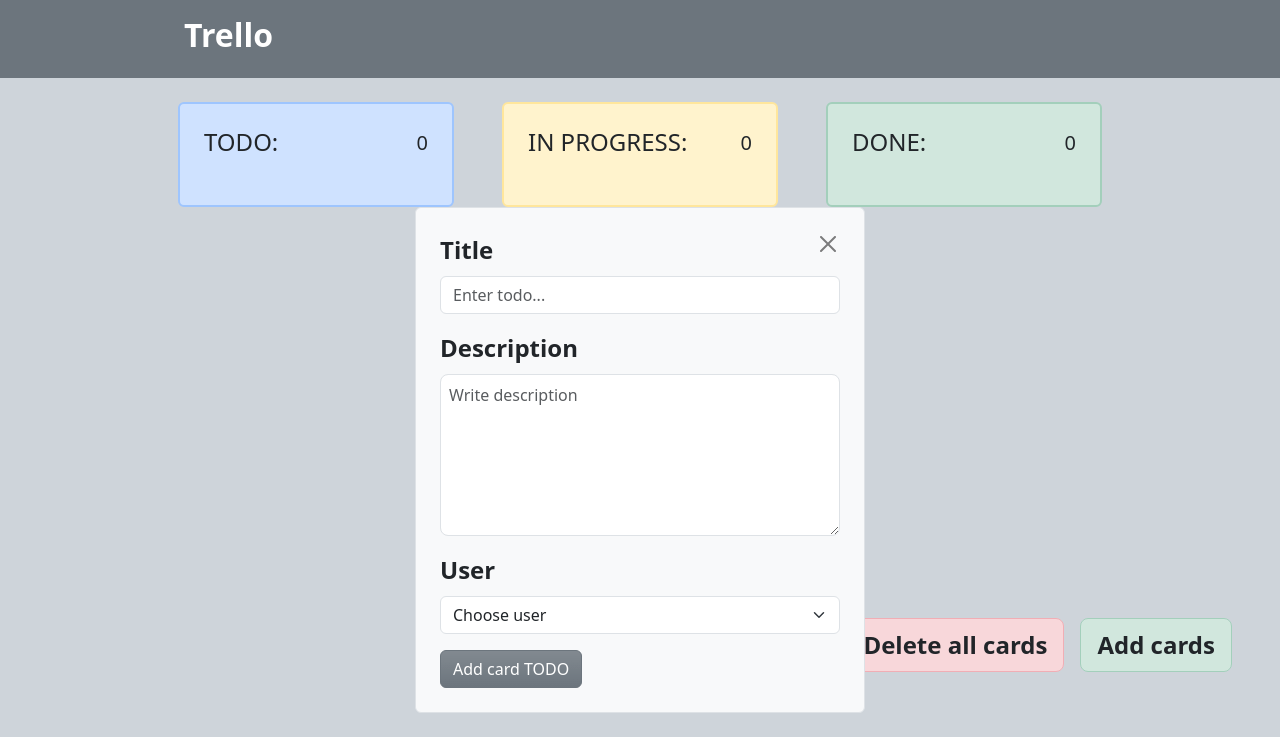
Repository: Valeria154/trello-app-clone
Page: / (app in trello-app-project/)
These files come from the project's save history. The page is drawn as it stood at one moment and after the next save; the edit follows.
The browser window is 1280 px wide. The pictures show the whole page.
The project was rebuilt for these pictures with package versions that can differ from the ones it lists, and the page was loaded fresh each time. Also part of the build but not shown: trello-app-project/vite.config.js.

Above is the page before, as saved 2025-03-15 20:02:11.
Console error: ReferenceError: showClock is not defined

### trello-app-project/src/index.html
<!doctype html>
<html lang="en">

<head>
	<meta charset="UTF-8" />
	<meta name="viewport" content="width=device-width, initial-scale=1.0" />
	<title>Trello</title>
	<script type="module" src="./main.js"></script>
</head>

<body class="bg-dark-subtle">
	<header class="bg-secondary p-3">
		<div class="container d-flex justify-content-between align-items-center mx-autox w-75">
			<h1 class="fs-2 fw-bold text-white">Trello</h1>
			<div class="fs-5 fw-semibold text-white" id="clock"></div>
		</div>
	</header>
	<main class="p-4">
		<div class="container text-center w-75">
			<div class="row align-items-start mb-6 gap-5">
				<!-- TODO -->
				<div class="col border border-primary-subtle border-2 rounded-2 text-dark p-4 bg-primary-subtle">
					<div class="d-flex justify-content-between mb-3">
						<h4>TODO:</h4>
						<div id="todoCount" class="fs-5">0</div>
					</div>
					<div id="todo"></div>
				</div>
				<!-- In progress -->
				<div class="col border border-warning-subtle border-2 rounded-2 text-dark p-4 bg-warning-subtle">
					<div class="d-flex justify-content-between mb-3">
						<h4>IN PROGRESS:</h4>
						<div id="progressCount " class="fs-5">0</div>
					</div>
					<div id="progress"></div>
				</div>
				<!-- Done -->
				<div class="col border border-success-subtle border-2 rounded-2 text-dark p-4 bg-success-subtle">
					<div class="d-flex justify-content-between mb-3">
						<h4>DONE:</h4>
						<div id="doneCount" class="fs-5">0</div>
					</div>
					<div id="done"></div>
				</div>
			</div>
			<div class="d-grid gap-2 d-md-flex justify-content-md-end position-fixed bottom-0 end-0 p-5">
				<button class="btn btn-lg bg-danger-subtle border-danger-subtle me-md-2 fs-4 fw-semibold" type="button"
					id="deleteAllBtn">Delete all
					cards</button>
				<button id="addCardBtn" class="btn btn-lg bg-success-subtle border-success-subtle fs-4 fw-semibold"
					type="button">Add
					cards</button>
			</div>
			<!-- Modal TODO -->
			<div class="d-flex justify-content-center align-items-center">
				<form class="p-4 border rounded bg-light text-start fw-semibold w-50 position-relative">
					<div class="mb-3">
						<label for="titile" class="form-label fs-4">Title</label>
						<input type="text" class="form-control" id="title" placeholder="Enter todo...">
					</div>
					<div class="mb-3">
						<label for="description" class="form-label fs-4">Description</label>
						<textarea class="form-control p-2 rounded-3" id="description" rows="6"
							placeholder="Write description"></textarea>
					</div>
					<div class="mb-3">
						<label for="user" class="form-label fs-4">User </label>
						<select id="user" class="form-select">
							<option selected value="">Choose user</option>
							<option value="Amelia">Amelia</option>
							<option value="Mary">Mary</option>
							<option value="Thomas">Thomas</option>
							<option value="Harry">Harry</option>
							<option value="Susan">Susan</option>
						</select>
					</div>
					<button type="submit" class="btn btn-primary bg-secondary bg-gradient border-secondary">Add card
						TODO</button>
					<button type="button" class="btn-close position-absolute top-0 end-0 me-4 mt-4"
						aria-label="close"></button>
				</form>
			</div>
		</div>
	</main>

</body>

</html>

### trello-app-project/src/main.js
import './style.scss'
// import javascriptLogo from './javascript.svg'
// import viteLogo from '/vite.svg'

const clockElement = document.querySelector('#clock')
const addCardElement = document.querySelector('#addCardBtn')
const formElement =

	//функция, которая отражает часы
	function showClock() {
		clockElement.textContent = new Date().toLocaleTimeString()
	}
setInterval(showClock, 1000)
showClock()

addCardElement.addEventListener('click', handleClickButtonAddCard)

function handleClickButtonAddCard() {
	Toggle
}
// function handleClickButtonAddTodo() {
// 	toggleModal(formModalElement)
// 	formElement.innerHTML = buildFormModal()
// }

Loaded but not shown: trello-app-project/src/style.scss (common file)

After the next save:
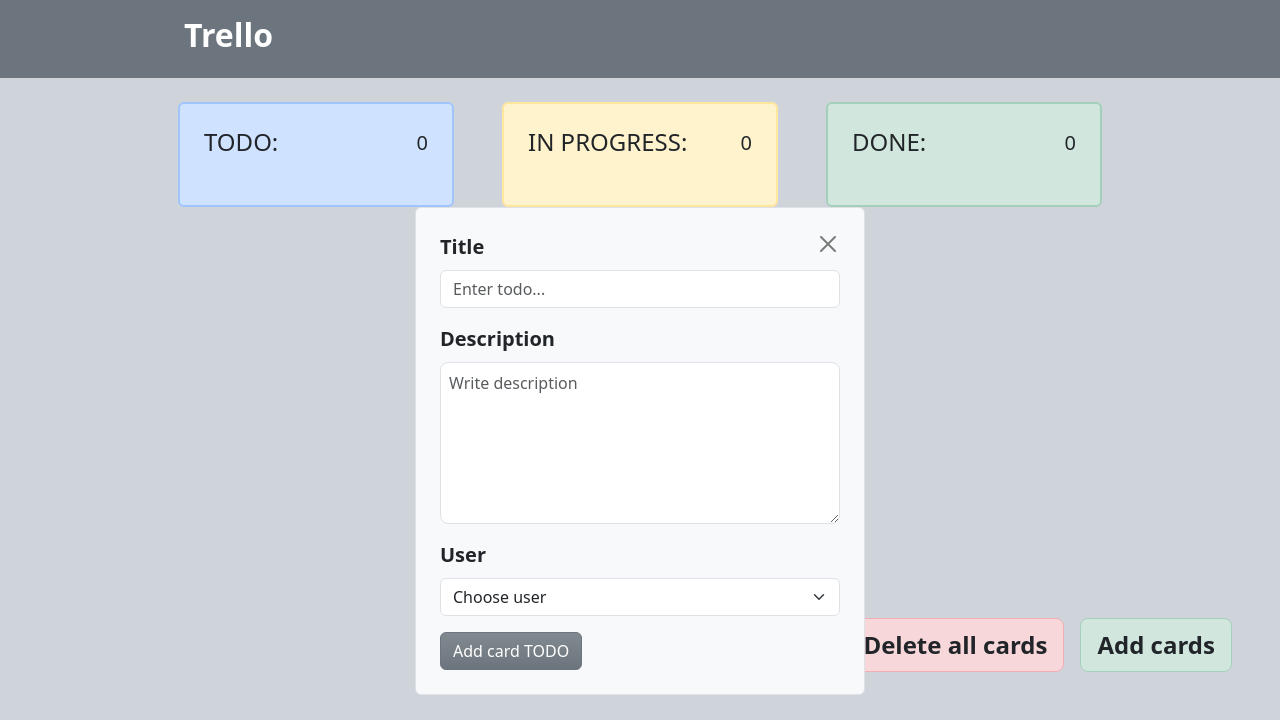
Saved 13 s later.
--- a/trello-app-project/src/index.html
+++ b/trello-app-project/src/index.html
@@ -55,16 +55,16 @@
 			<div class="d-flex justify-content-center align-items-center">
 				<form class="p-4 border rounded bg-light text-start fw-semibold w-50 position-relative">
 					<div class="mb-3">
-						<label for="titile" class="form-label fs-4">Title</label>
+						<label for="titile" class="form-label fs-5">Title</label>
 						<input type="text" class="form-control" id="title" placeholder="Enter todo...">
 					</div>
 					<div class="mb-3">
-						<label for="description" class="form-label fs-4">Description</label>
+						<label for="description" class="form-label fs-5">Description</label>
 						<textarea class="form-control p-2 rounded-3" id="description" rows="6"
 							placeholder="Write description"></textarea>
 					</div>
 					<div class="mb-3">
-						<label for="user" class="form-label fs-4">User </label>
+						<label for="user" class="form-label fs-5">User </label>
 						<select id="user" class="form-select">
 							<option selected value="">Choose user</option>
 							<option value="Amelia">Amelia</option>
